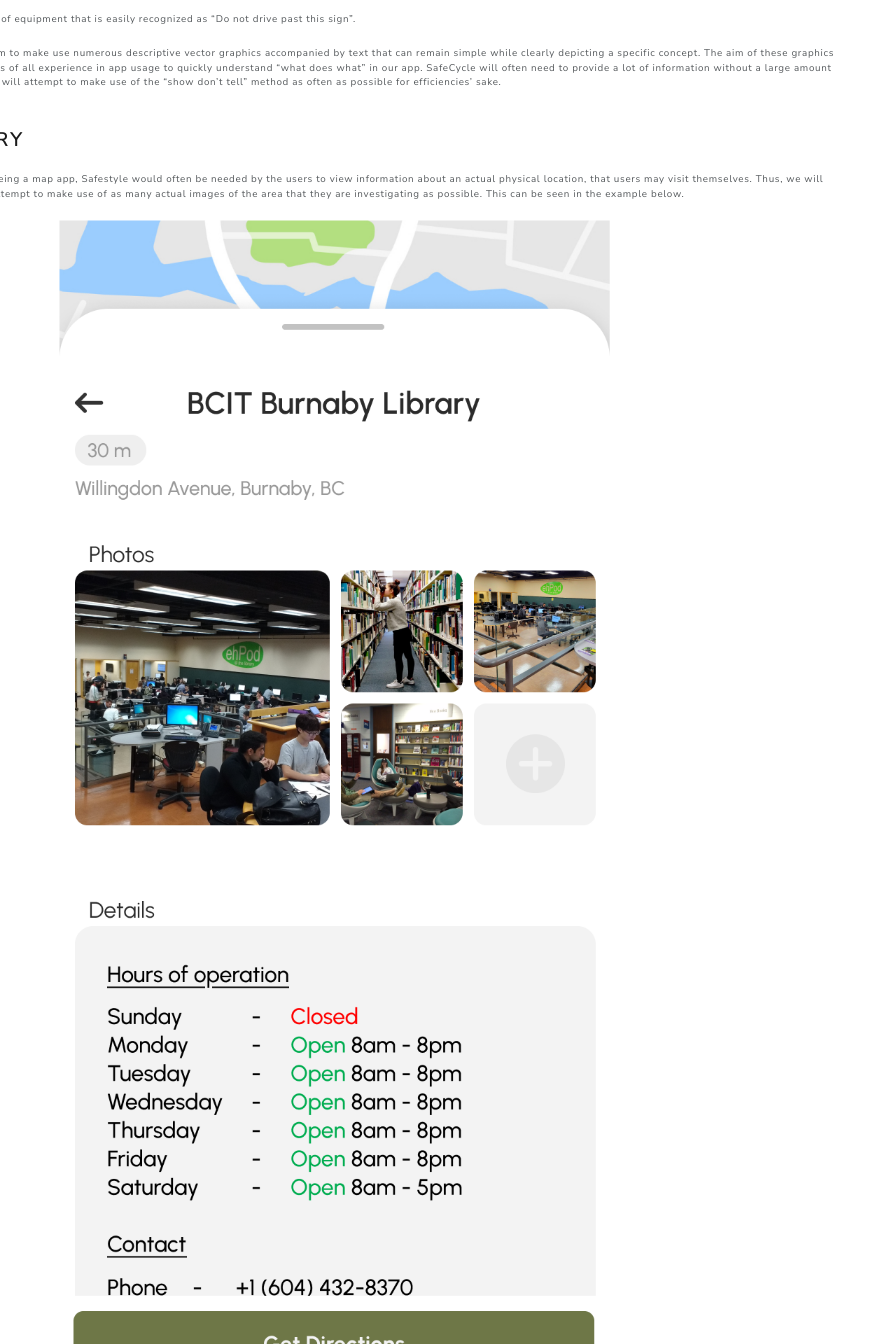
Repository: Aladdin3r/safecycle-styleguide
Page: /
An editor plug-in stored every save of this project. The page is shown before and after the next save, followed by the edit.
The browser window is 1280 px wide. The pictures show the part of the page from y = 3510 to 5430 px (the page is 5659 px tall before and 5687 px after), at 70% of full size.
The project was rebuilt for these pictures with package versions that can differ from the ones it lists, and the page was loaded fresh each time. The framework's server and built-in components were replaced by stand-ins that run in the browser. Also part of the build but not shown: next.config.mjs.

Above is the page before, as saved 2024-04-09 22:34:06.

### pages/_app.js
import "@/styles/globals.css";
import "@/styles/bootstrap.min.css";
import { useEffect } from "react";


export default function App({ Component, pageProps }) {

  useEffect(() => {
    require("bootstrap/dist/js/bootstrap.bundle.min.js");
  }, []);
  return <Component {...pageProps} />;
}

### pages/index.js
import Head from "next/head";
import styles from "@/styles/Home.module.css"

export default function Home() {

  return (
    <>
      <Head>
        <title>SafeCycle Styleguide</title>
        <meta name="description"
        content=
        "Created by Rawan Aladdin, Nea Pieroelie, Andrew Turitsa."
       />
        <meta name="viewport" content="width=device-width, initial-scale=1" />
        <link rel="icon" href="/favicon1.svg" />
      </Head>
      <nav class="navbar navbar-expand-lg bg-light sticky-top" data-bs-theme="light">
        <div class="container-fluid">
          <a class="navbar-brand" href="#">SafeCycle</a>
          <button class="navbar-toggler" type="button" data-bs-toggle="collapse" data-bs-target="#navbarColor03" aria-controls="navbarColor03" aria-expanded="false" aria-label="Toggle navigation">
            <span class="navbar-toggler-icon"></span>
          </button>
          <div class="collapse navbar-collapse" id="navbarColor03">
            <ul class="navbar-nav me-auto">
              <li class="nav-item">
                <a class="nav-link active" href="#">Home</a>
              </li>
              <li class="nav-item">
                <a class="nav-link" href="#logo">Logo</a>
              </li>
              <li class="nav-item">
                <a class="nav-link" href="#colours">Colours</a>
              </li>
              <li class="nav-item">
                <a class="nav-link" href="#types">Typography, Imagery, Graphics</a>
              </li>
              <li class="nav-item">
                <a class="nav-link" href="#refs">References</a>
              </li>
            </ul>
          </div>
        </div>
      </nav>
      <main>
      <div class="jumbotron">
        <h1 class="display-3 mt-5 pt-5">SafeCycle</h1>
        <p class="display-4 pb-5">Styleguide</p>
        <hr class="my-5"/>
        <p class="mb-5">Rawan Aladdin, Nea Pieroelie, Andrew Turitsa</p>
        <p class="lead mb-5">
          <a class="btn btn-primary btn-lg my-5" href="#logo" role="button">Start the guide</a>
        </p>
      </div>
      <div id="logo" class="p-4">
        <h2 class="p-2 mt-3">Logo Design</h2>
        <p class="p-3">
          Logo font choice: DIN condensed bold
          colours: #F0983F orange #911C12 red #AD5C0A pale orange
        </p>
        <div class="container">
          <div class="card-group">
              <div class="row">
                <div className="col-sm-4">
                  <div class="bg-primary card text-white mb-3" className={styles.card}>
                    <div class="card-body">
                      <h4 class="card-title">Full-colour logo</h4>
                      <img class="card-img-top" src="/fullcolourlogo.svg" alt="full-colour logo"></img>
                      <p class="card-text">Some quick example text to build on the card title and make up the bulk of the card's content. blah blah blah</p>
                    </div>
                  </div>
                </div>

                <div className="col-sm-4">
                  <div class="bg-primary card text-white mb-3" className={styles.card}>
                  <div class="card-body">
                    <h4 class="card-title">Black and white Logo</h4>
                    <img class="card-img-top" src="/blackandwhitelogo.svg" alt="black and white logo"></img>
                    <p class="card-text">Some quick example text to build on the card title and make up the bulk of the card's content.</p>
                  </div>
                  </div>
                </div>

                <div className="col-sm-4">
                  <div class="bg-primary card text-white mb-3" className={styles.card}>
                  <div class="card-body">
                    <h4 class="card-title">Greyscale Logo</h4>
                    <img class="card-img-top" src="/greyscalelogo.svg" alt="greyscale logo"></img>
                    <p class="card-text">Some quick example text to build on the card title and make up the bulk of the card's content.</p>
                  </div>
                  </div>
                </div>

              </div>

              <div class="row">
                <div className="col-sm-4">
                  <div class="bg-primary card text-white mb-3" className={styles.card}>
                    <div class="card-body">
                      <h4 class="card-title">Monochromatic logo</h4>
                      <img class="card-img-top" src="/monochromatic.svg" alt="Monochromatic logo"></img>
                      <p class="card-text">Some quick example text to build on the card title and make up the bulk of the card's content. blah blah blah</p>
                    </div>
                  </div>
                </div>

                <div className="col-sm-4">
                  <div class="bg-primary card text-white mb-3" className={styles.card}>
                  <div class="card-body">
                    <h4 class="card-title">Horizontal version of full-colour Logo</h4>
                    <img class="card-img-top" src="/horizontalfullcolour.svg" alt="horizontal full colour logo"></img>
                    <p class="card-text">Some quick example text to build on the card title and make up the bulk of the card's content.</p>
                  </div>
                  </div>

              </div>

              <div className="col-sm-4">
                <div class="bg-primary card  text-white mb-3" className={styles.card}>
                <div class="card-body">
                  <h4 class="card-title">Stacked/vertical version of full-colour Logo</h4>
                  <img class="card-img-top" src="/verticalfullcolour.svg" alt="stacked/vertical colour logo"></img>
                  <p class="card-text">Some quick example text to build on the card title and make up the bulk of the card's content.</p>
                </div>
                </div>
              </div>
            </div>
            <div class="row">
                <div className="col-sm-4">
                  <div class="bg-primary card text-white mb-3" className={styles.card}>
                    <div class="card-body z-3">
                      <h4 class="card-title">16x16px Favicon</h4>
                      <img class="card-img-top" src="/favicon1.svg" alt="xs favicon"></img>
                      <p class="card-text">Some quick example text to build on the card title and make up the bulk of the card's content. blah blah blah</p>
                    </div>
                  </div>
                </div>

                <div className="col-sm-4">
                  <div class="bg-primary card  text-white mb-3" className={styles.card}>
                  <div class="card-body">
                    <h4 class="card-title">32x32px Favicon</h4>
                    <img class="card-img-top" src="/favicon2.svg" alt="small favicon"></img>
                    <p class="card-text">Some quick example text to build on the card title and make up the bulk of the card's content.</p>
                  </div>
                  </div>

              </div>

              <div className="col-sm-4">
                <div class="bg-primary card text-white mb-3" className={styles.card}>
                <div class="card-body">
                  <h4 class="card-title">48x48px Favicon</h4>
                  <img class="card-img-top" src="/favicon3.svg" alt="normal favicon"></img>
                  <p class="card-text">Some quick example text to build on the card title and make up the bulk of the card's content.</p>
                </div>
                </div>
              </div>
            </div>
          </div>
        </div>
      </div>
      <div id="colours" class="p-4">
        <h2 class="p-2">Colour Palette, Colour Accessibility</h2>
        <div class="container">

        </div>
      </div>
      <div id="types" class="p-4">
        <h2 class="p-2">Typography, Imagery, Graphics</h2>
        <div class="container">
        <p className={styles.typo_desc} class="p-3">
        The fonts used in SafeCycle will be a blend of Urbanist and Sarabun. They are both sans serif fonts that are not too fancy but also not too rigid and boring. We believe that these fonts have a charming blend of simple, practical functionality and the calming, welcoming feel of a guidance application.  The characters of the Urbanist font are slightly more block-like, so this font will be used primary for heading and standalone words or phrases. Sarabun's characters on the other hand have a more natural curves and shaped, so this more elegant font will be used for body text and paragraphs.
        </p>
        <div className={styles.h1Typo}>Heading One 40/24</div>
        <div className={styles.h2Typo}>Heading Two 26/16</div>
        <div className={styles.h3Typo}>Heading Three 22/16</div>
        <div className={styles.h4Typo}>Heading Four 20/16</div>
        <div className={styles.BodyTypo}>Body 14/24</div>
        <div className={styles.ButtonMetaTypo}>Button + Meta 14/24</div>
        <h2 className={styles.graphicTitle}>GRAPHICS</h2>
        <div className={styles.graphicName}>Here are some examples of icons we will be using:</div>
        <div className={styles.graphicName}>Car accident:</div>
        <img className={styles.carCrash} src="/carCrash.png" alt="Car Accident"></img>
        <div className={styles.graphicDesc}>Red, jarring and spiked graphic implies danger and an impact of some sort.</div>
        <div className={styles.graphicName}>Traffic Jam:</div>
        <img className={styles.traffic} src="/traffic.png" alt="Traffic"></img>
        <div className={styles.graphicDesc}>Many cars, tightly packed together, but with no outright or hazard or danger.</div>
        <div className={styles.graphicName}>Road Closed:</div>
        <img className={styles.RoadClosed} src="/RoadClosed.png" alt="Raod Closed"></img>
        <div className={styles.graphicDesc}>An iconic piece of equipment that is easily recognized as “Do not drive past this sign”.</div>
        <div className={styles.graphicExpl}>Our app will aim to make use numerous descriptive vector graphics accompanied by text that can remain simple while clearly depicting a specific concept. The aim of these graphics is to allow users of all experience in app usage to quickly understand “what does what” in our app. SafeCycle will often need to provide a lot of information without a large amount of pages so we will attempt to make use of the “show don’t tell” method as often as possible for efficiencies’ sake.</div>
        <h2 className={styles.graphicTitle}>IMAGERY</h2>
        <div className={styles.graphicTitle}>Being a map app, Safestyle would often be needed by the users to view information about an actual physical location, that users may visit themselves. Thus, we will attempt to make use of as many actual images of the area that they are investigating as possible. This can be seen in the example below.</div>
        <img className={styles.locationPage} src="/locationPage.png" alt="Location Page"></img>


        </div>
        </div>
      <div id="refs" class="p-4">
        <h2 class="p-2">References</h2>
        <div class="container">

        </div>
      </div>
      </main>
    </>
  );
}

### styles/Home.module.css
.main {
  display: flex;
  flex-direction: column;
  justify-content: space-between;
  align-items: center;
  padding: 6rem;
  min-height: 100vh;
}
.card{
  max-width: 30em;
}

.typo_desc{
  margin-left: -14.5em;

}
.h1Typo {
  font-family: "Urbanist", sans-serif;
  font-style: bold;
  font-size: 40pt;
  font-weight: 900;
  color: black;
  margin-left: -4em;
}
.h2Typo {
  font-family: "Urbanist", sans-serif;
  font-style: bold;
  font-size: 26pt;
  font-weight: 600;
  color: black;
  margin-left: -6em;
}
.h3Typo {
  font-family: "Urbanist", sans-serif;
  font-style: bold;
  font-size: 22pt;
  font-weight: 500;
  color: black;
  margin-left: -7em;
}
.h4Typo {
  font-family: "Urbanist", sans-serif;
  font-style: bold;
  font-size: 20;
  font-weight: 500;
  color: black;
  margin-left: -14.5em;
}

.BodyTypo {
  font-family: "Sarabun", sans-serif;
  font-weight:500;
  font-style: normal;
  color: black;
  font-size: 18;
  margin-left: -14.5em;
}
.ButtonMetaTypo {
  font-family: "Sarabun", sans-serif;
  font-weight:500;
  font-style: normal;
  color: black;
  font-size: 18;
  margin-left: -14.5em;
}
.graphicTitle{
  margin-top: 2em;
  margin-left: -7em;
}
.carCrash{
  margin-top: 1em;
  margin-left: -14em;
}

.graphicDesc{
  margin-top: 1em;
  margin-left: -14em;
}

.graphicName{
  margin-top: 1em;
  margin-left: -14em;
}

.graphicExpl{
  margin-top: 2em;
  margin-bottom: 2em;
  margin-left: -14em;
}

.traffic{
  margin-top: 1em;
  margin-left: -14em;
}

.RoadClosed{
  margin-top: 1em;
  margin-left: -14em;
}

.locationPage{
  margin-top: 2em;
}

Loaded but not shown: pages/_document.js (common file); styles/globals.css (common file); styles/bootstrap.min.css (library)

After the next save:
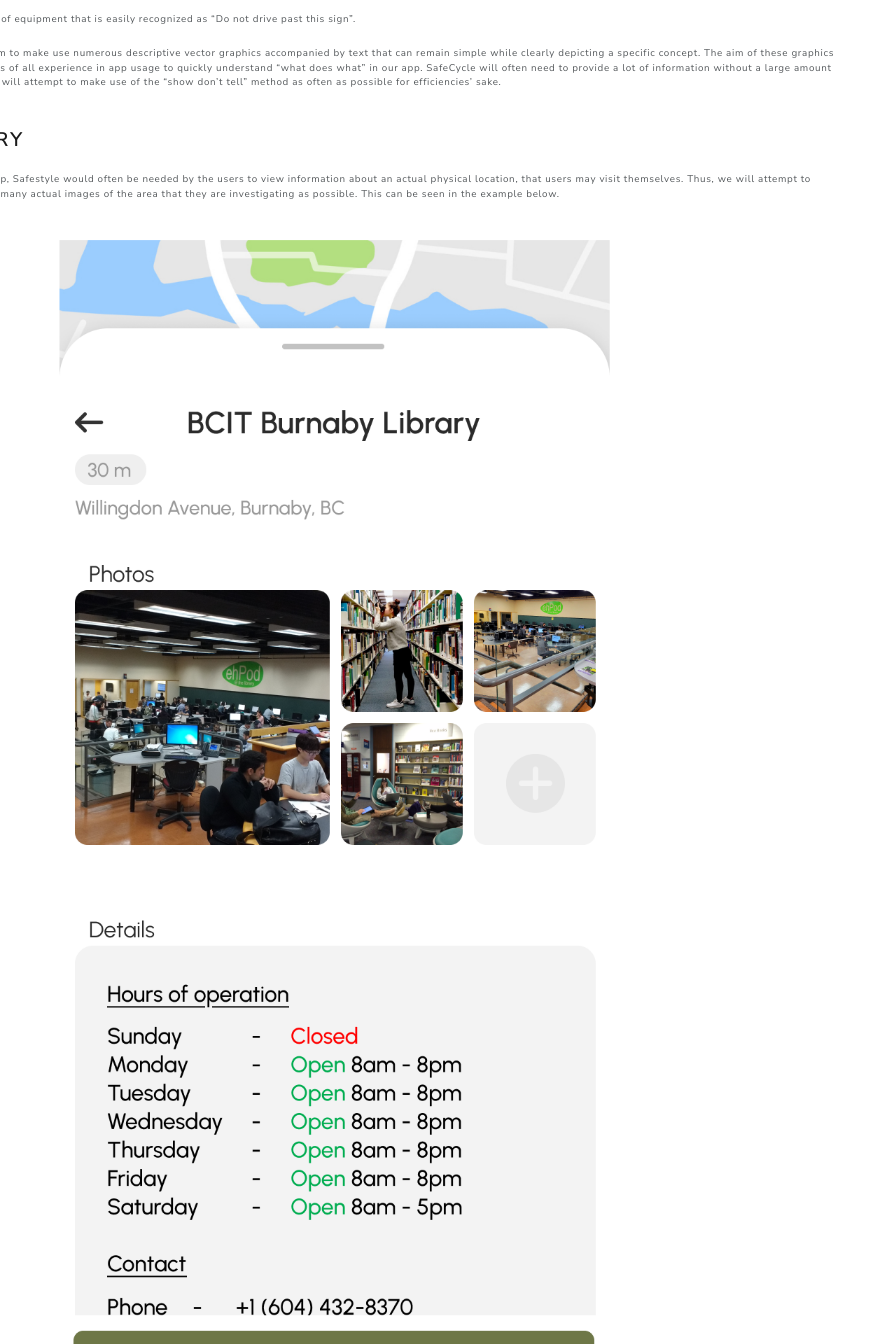
Saved 19 s later.
--- a/pages/index.js
+++ b/pages/index.js
@@ -190,7 +190,7 @@
         <div className={styles.graphicDesc}>An iconic piece of equipment that is easily recognized as “Do not drive past this sign”.</div>
         <div className={styles.graphicExpl}>Our app will aim to make use numerous descriptive vector graphics accompanied by text that can remain simple while clearly depicting a specific concept. The aim of these graphics is to allow users of all experience in app usage to quickly understand “what does what” in our app. SafeCycle will often need to provide a lot of information without a large amount of pages so we will attempt to make use of the “show don’t tell” method as often as possible for efficiencies’ sake.</div>
         <h2 className={styles.graphicTitle}>IMAGERY</h2>
-        <div className={styles.graphicTitle}>Being a map app, Safestyle would often be needed by the users to view information about an actual physical location, that users may visit themselves. Thus, we will attempt to make use of as many actual images of the area that they are investigating as possible. This can be seen in the example below.</div>
+        <div className={styles.graphicExpl}>Being a map app, Safestyle would often be needed by the users to view information about an actual physical location, that users may visit themselves. Thus, we will attempt to make use of as many actual images of the area that they are investigating as possible. This can be seen in the example below.</div>
         <img className={styles.locationPage} src="/locationPage.png" alt="Location Page"></img>
 
 
